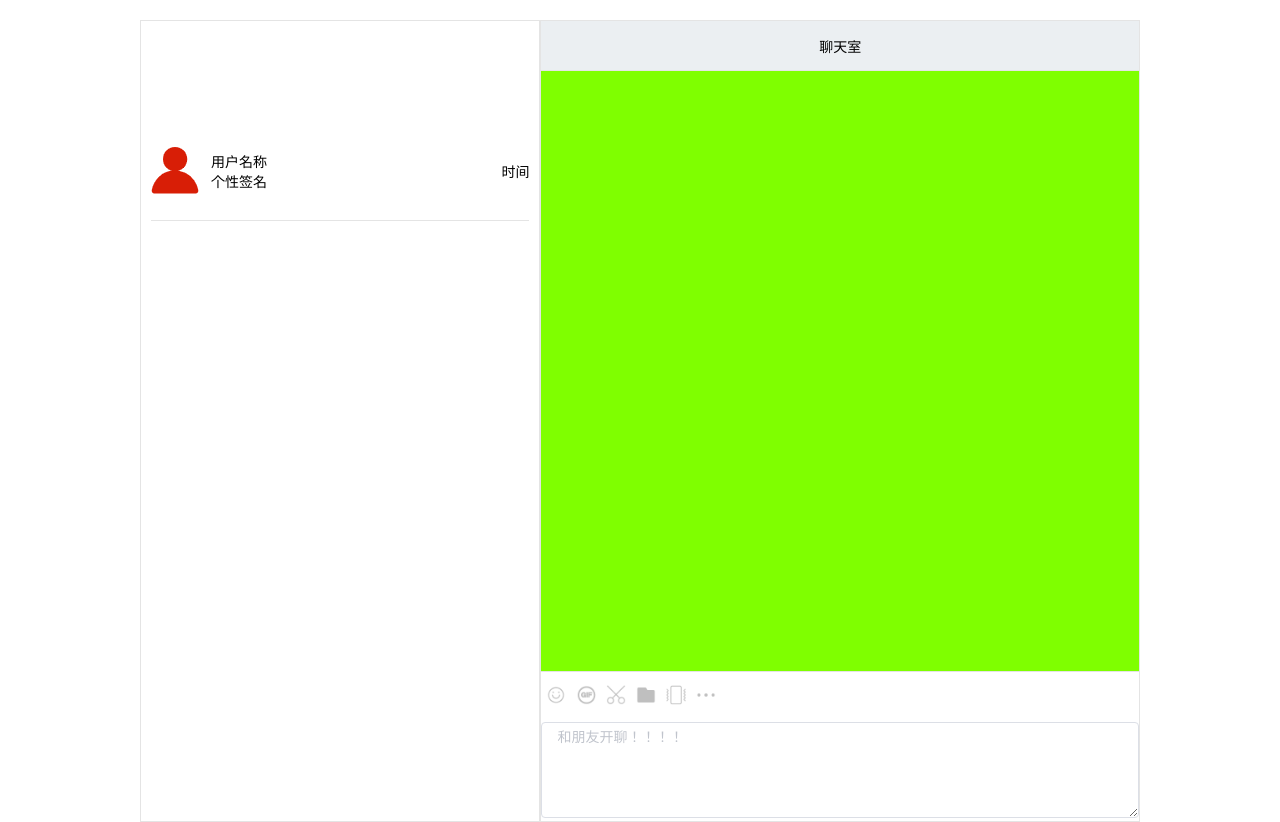
Repository: jinggegeZ/livechat
Page: /
The author's editor kept a copy of each file at every save. The page is drawn from the files as they stood at one save, then again after the next save.
The browser window is 1280 px wide. The pictures show the whole page.
The project was rebuilt for these pictures with package versions that can differ from the ones it lists, and the page was loaded fresh each time.

Above is the page before, as saved 2020-08-17 13:04:53.

### src/main.js
import Vue from 'vue'
import App from './App.vue'
import router from './router'
import store from './store'
import ElementUI from 'element-ui';
import 'element-ui/lib/theme-chalk/index.css';

Vue.config.productionTip = false
Vue.use(ElementUI);
new Vue({
  router,
  store,
  render: h => h(App)

}).$mount('#app')

### src/App.vue
<template>
  <div id="app">

    <router-view/>
  </div>
</template>

<style lang="scss">
*{
  margin: 0;
  padding: 0;
}
</style>

### src/views/Home.vue
<template>
  <div class="content">
    <div class="content-c">
      <div class="box">
        <!-- 用户信息 -->
        <div class="box1">
        <!-- 搜索用户名字 -->
        <div class="boxsearch"></div>
        <!-- 信息盒子 -->
          <div class="msgbox">
            <div class="box1-1">
            <div class="box1-1-1">
              <!-- 头像 -->
              <div class="img">
                <img src="../../public/image/active-my.png" alt />
              </div>
              <!-- 用户信息 -->
              <div>
                <div>用户名称</div>
                <div>个性签名</div>
              </div>
            </div>
            <!-- 时间 -->
            <div>时间</div>
          </div>
          </div>
        </div>
        <!-- 聊天信息 -->
        <div class="box2">
          <div class="box2-1">
            <div class="box2-1-top">聊天室</div>
            <div class="box2-1-body"></div>
          </div>
          <div class="box2-2">
            <div class="box2-2-1">
              <div>
                <img class="img1" src="../../public/image/small.png" alt />
              </div>
              <div>
                <img class="img1" src="../../public/image/GIF.png" alt />
              </div>
              <div>
                <img class="img1" src="../../public/image/chose.png" alt />
              </div>
              <div>
                <img class="img1" src="../../public/image/word.png" alt />
              </div>
              <div>
                <img class="img1" src="../../public/image/move.png" alt />
              </div>
              <div>
                <img class="img1" src="../../public/image/more.png" alt />
              </div>
            </div>
            <div class="box2-2-2">
              <el-input
                type="textarea"
                v-model="textarea"
                placeholder="和朋友开聊！！！！"
                :autosize="{ minRows: 4, maxRows: 8}"
              ></el-input>
            </div>
          </div>
        </div>
      </div>
    </div>
  </div>
</template>

<script>
export default {
  name: "",
  props: {},
  components: {},
  data() {
    return {
      input: "",
      textarea: "",
    };
  },
  methods: {},
  mounted() {},
  watch: {},
  computed: {},
};
</script>

<style scoped lang='scss'>
.content {
  width: 100%;
  display: flex;
  justify-content: center;
  font-size: 14px;
}
.content-c {
  width: 95%;
  display: flex;
  justify-content: center;
  align-items: center;
}
.box {
  width: 1000px;
  height: 800px;
  background: white;
  display: flex;
  margin-top: 20px;
}
.box1 {
  flex: 4;
  height: 100%;
  border: 1px solid rgb(228, 228, 228);
}
.boxsearch {
  width: 100%;
  height: 100px;
}
.msgbox {
  display: flex;
  justify-content: center;
}
.box1-1 {
  width: 95%;
  height: 99px;
  border-bottom: 1px solid rgb(228, 228, 228);
  display: flex;
  align-items: center;
  justify-content: space-between;
}
.box1-1-1 {
  display: flex;
  align-items: center;
  height: 100%;
}
.img {
  width: 50px;
  height: 50px;
  border-radius: 50%;
  margin-right: 10px;
}
.img1 {
  width: 20px;
  height: 20px;
  margin: 5px;
}
.box2 {
  flex: 6;
  height: 100%;
  position: relative;
  border: 1px solid rgb(228, 228, 228);
}
.box2-2 {
  position: absolute;
  bottom: 0;
  width: 100%;
  height: 149px;
  z-index: 1;
  border-top: 1px solid rgb(228, 228, 228);
}
.box2-1-top {
  width: 100%;
  height: 49px;
  border-bottom: 1px solid rgb(228, 228, 228);
  display: flex;
  justify-content: center;
  align-items: center;
  background: rgb(235, 239, 242);
}
.box2-1-body {
  width: 100%;
  height: 600px;
  background: chartreuse;
}
.box2-2-1 {
  width: 100%;
  height: 50px;
  display: flex;
  align-items: center;
}
.box2-2-2 {
  width: 100%;
  height: 100px;
}
</style>

Loaded but not shown: public/index.html (common file); src/router/index.js (common file); src/store/index.js (common file)

After the next save:
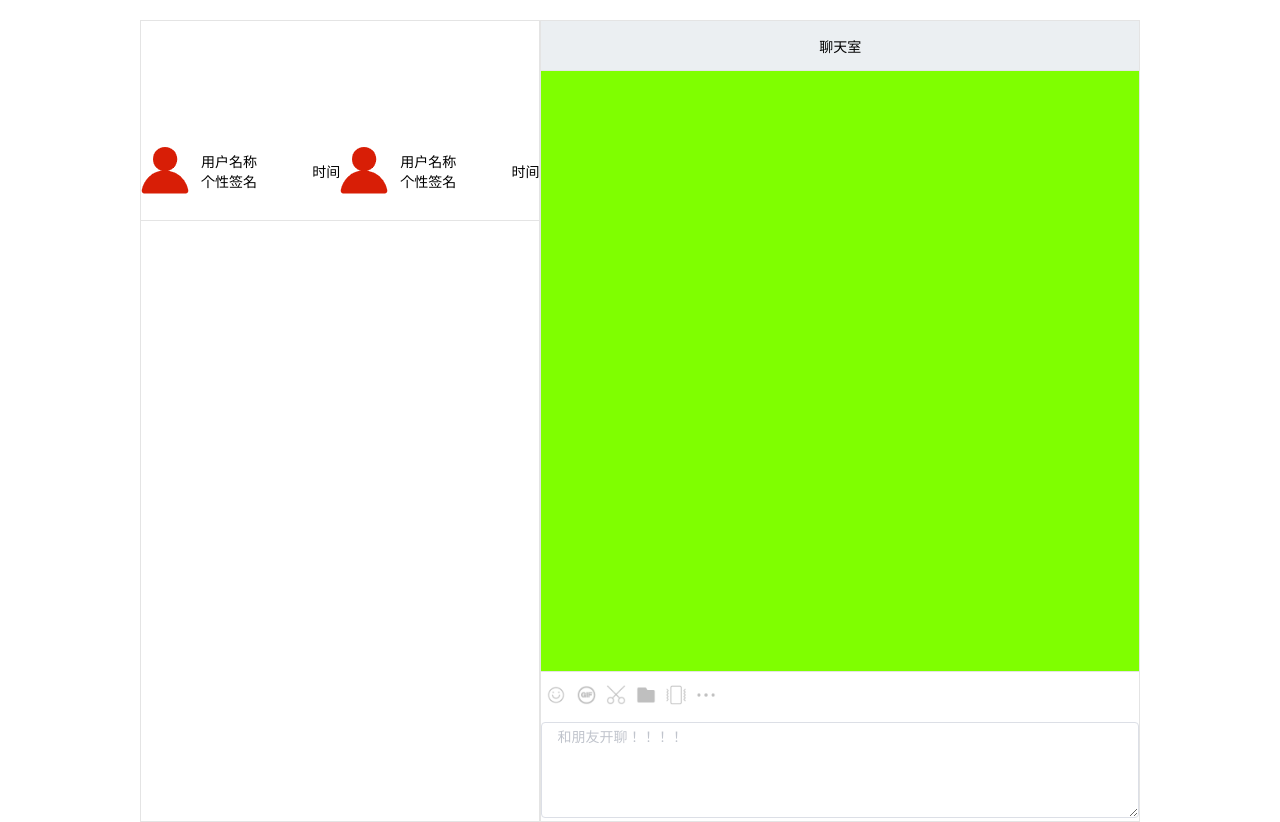
Saved 27 s later.
--- a/src/views/Home.vue
+++ b/src/views/Home.vue
@@ -4,25 +4,40 @@
       <div class="box">
         <!-- 用户信息 -->
         <div class="box1">
-        <!-- 搜索用户名字 -->
-        <div class="boxsearch"></div>
-        <!-- 信息盒子 -->
+          <!-- 搜索用户名字 -->
+          <div class="boxsearch"></div>
+          <!-- 信息盒子 -->
           <div class="msgbox">
             <div class="box1-1">
-            <div class="box1-1-1">
-              <!-- 头像 -->
-              <div class="img">
-                <img src="../../public/image/active-my.png" alt />
+              <div class="box1-1-1">
+                <!-- 头像 -->
+                <div class="img">
+                  <img src="../../public/image/active-my.png" alt />
+                </div>
+                <!-- 用户信息 -->
+                <div>
+                  <div>用户名称</div>
+                  <div>个性签名</div>
+                </div>
               </div>
-              <!-- 用户信息 -->
-              <div>
-                <div>用户名称</div>
-                <div>个性签名</div>
+              <!-- 时间 -->
+              <div>时间</div>
+            </div>
+            <div class="box1-1">
+              <div class="box1-1-1">
+                <!-- 头像 -->
+                <div class="img">
+                  <img src="../../public/image/active-my.png" alt />
+                </div>
+                <!-- 用户信息 -->
+                <div>
+                  <div>用户名称</div>
+                  <div>个性签名</div>
+                </div>
               </div>
+              <!-- 时间 -->
+              <div>时间</div>
             </div>
-            <!-- 时间 -->
-            <div>时间</div>
-          </div>
           </div>
         </div>
         <!-- 聊天信息 -->
